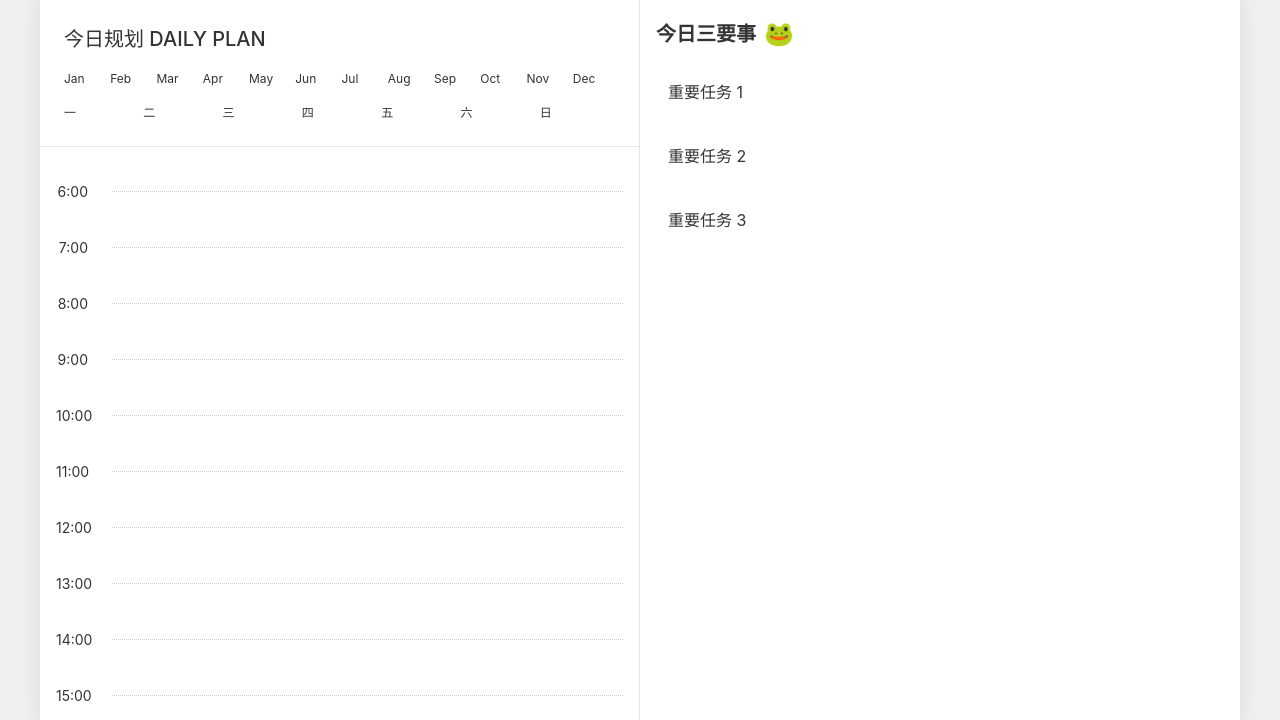
Repository: a6288a/Daily-Planner
Page: index.html
An editor plug-in stored every save of this project. The page is shown before and after the next save, followed by the edit.
The browser window is 1280 px wide. The pictures show the whole page.
An inner scrolling area shows only its first screen.

Above is the page before, as saved 2024-12-10 15:57:01.

### index.html
<!DOCTYPE html>
<html lang="zh">
<head>
    <meta charset="UTF-8">
    <meta name="viewport" content="width=device-width, initial-scale=1.0">
    <title>每日规划笔记本</title>
    <link rel="stylesheet" href="styles.css">
</head>
<body>
    <div class="container">
        <!-- 左侧时间轴区域 -->
        <div class="timeline-area">
            <!-- 顶部日期区域 -->
            <div class="date-header">
                <h1 class="page-title">今日规划 DAILY PLAN</h1>
                <div class="calendar">
                    <div class="month-grid">
                        <span>Jan</span><span>Feb</span><span>Mar</span><span>Apr</span>
                        <span>May</span><span>Jun</span><span>Jul</span><span>Aug</span>
                        <span>Sep</span><span>Oct</span><span>Nov</span><span>Dec</span>
                    </div>
                    <div class="weekday-row">
                        <span>一</span><span>二</span><span>三</span><span>四</span>
                        <span>五</span><span>六</span><span>日</span>
                    </div>
                </div>
            </div>
            <div class="timeline-container" id="timeline-container">
                <!-- 时间轴将通过 JS 动态生成 -->
            </div>
        </div>

        <!-- 右侧区域 -->
        <div class="right-area">
            <!-- 三只青蛙区域 -->
            <div class="frogs-area">
                <h2 class="frogs-title">今日三要事 <span class="frog-emoji">🐸</span></h2>
                <div class="frog-tasks">
                    <div class="frog-task" contenteditable="true" data-placeholder="重要任务 1"></div>
                    <div class="frog-task" contenteditable="true" data-placeholder="重要任务 2"></div>
                    <div class="frog-task" contenteditable="true" data-placeholder="重要任务 3"></div>
                </div>
            </div>

            <!-- 自由记录区域 -->
            <div class="free-area" id="free-area">
                <!-- 便签将通过 JS 动态生成 -->
            </div>
        </div>
    </div>
    <script src="script.js"></script>
</body>
</html>

### styles.css
:root {
    /* 纸张风格颜色变量 */
    --paper-color: #ffffff;
    --ink-color: #333333;
    --dot-color: #cccccc;
    --line-color: #e5e5e5;
    --accent-color: #4a90e2;

    /* 间距变量 */
    --spacing-unit: 8px;

    /* 字体变量 */
    --title-font: 'PingFang SC', -apple-system, BlinkMacSystemFont, 'Segoe UI', Roboto, sans-serif;
}

* {
    margin: 0;
    padding: 0;
    box-sizing: border-box;
}

body {
    font-family: var(--title-font);
    color: var(--ink-color);
    background-color: #f0f0f0;
    line-height: 1.5;
}

.container {
    display: grid;
    grid-template-columns: 1fr 1fr;
    min-height: 100vh;
    width: 100%;
    max-width: 1200px;
    margin: 0 auto;
    background: var(--paper-color);
    box-shadow: 0 0 20px rgba(0,0,0,0.1);
}

/* 日期头部样式 */
.date-header {
    padding: calc(var(--spacing-unit) * 3);
    border-bottom: 1px solid var(--line-color);
}

.page-title {
    font-size: 1.25rem;
    font-weight: 500;
    margin-bottom: calc(var(--spacing-unit) * 2);
    color: var(--ink-color);
}

.calendar {
    font-size: 0.75rem;
    color: var(--ink-color);
}

.month-grid {
    display: grid;
    grid-template-columns: repeat(12, 1fr);
    gap: 4px;
    margin-bottom: calc(var(--spacing-unit) * 2);
}

.weekday-row {
    display: grid;
    grid-template-columns: repeat(7, 1fr);
    gap: 4px;
}

/* 时间轴区域样式 */
.timeline-area {
    border-right: 1px solid var(--line-color);
    background: var(--paper-color);
    height: 100vh;
    overflow-y: auto;
}

.timeline-container {
    padding: calc(var(--spacing-unit) * 2);
}

.time-slot {
    position: relative;
    padding: calc(var(--spacing-unit) * 1.5) 0;
    margin-left: calc(var(--spacing-unit) * 6);
}

.time-label {
    position: absolute;
    left: calc(var(--spacing-unit) * -6);
    top: 50%;
    transform: translateY(-50%);
    font-size: 0.875rem;
    color: var(--ink-color);
    width: calc(var(--spacing-unit) * 4);
    text-align: right;
}

/* 点状引导线 */
.time-content {
    position: relative;
    margin-left: calc(var(--spacing-unit) * 3);
    min-height: calc(var(--spacing-unit) * 3);
    padding: 4px 0;
}

.time-content::before {
    content: '';
    position: absolute;
    left: calc(var(--spacing-unit) * -2);
    right: 0;
    top: 50%;
    border-top: 1px dotted var(--dot-color);
    z-index: 1;
}

/* 自由区域样式 */
.free-area {
    flex: 1;
    overflow: auto;
    padding: calc(var(--spacing-unit) * 2);
    position: relative;
}

.note {
    position: absolute;
    min-width: 200px;
    min-height: 120px;
    background: var(--surface-color);
    border-radius: 4px;
    padding: calc(var(--spacing-unit) * 1.5);
    cursor: move;
    box-shadow: var(--shadow-1);
    transition: all 0.2s ease;
}

.note:hover {
    box-shadow: var(--shadow-2);
}

.editable {
    width: 100%;
    height: 100%;
    border: none;
    resize: none;
    font-family: inherit;
    font-size: 0.9375rem;
    color: var(--text-primary);
    background: transparent;
    padding: 0;
}

.editable:focus {
    outline: none;
}

/* 响应式设计 */
@media (max-width: 768px) {
    .container {
        grid-template-columns: 1fr; /* 在小屏幕上堆叠显示 */
    }

    .timeline-area,
    .right-area {
        height: 50vh; /* 上下各占一半 */
    }

    .time-label {
        font-size: 0.75rem;
        left: calc(var(--spacing-unit) * -6);
    }

    .note {
        min-width: 160px;
        min-height: 100px;
    }
}

/* 滚动条美化 */
::-webkit-scrollbar {
    width: 8px;
}

::-webkit-scrollbar-track {
    background: var(--background-color);
}

::-webkit-scrollbar-thumb {
    background: var(--primary-light);
    border-radius: 4px;
}

::-webkit-scrollbar-thumb:hover {
    background: var(--primary-color);
}

/* 修改右侧区域结构 */
.right-area {
    display: flex;
    flex-direction: column;
    height: 100vh;
    background: var(--background-color);
}

/* 三只青蛙区域样式 */
.frogs-area {
    background: var(--surface-color);
    padding: calc(var(--spacing-unit) * 2);
    box-shadow: var(--shadow-1);
    border-bottom: 1px solid var(--border-color);
}

.frogs-title {
    font-size: 1.25rem;
    color: var(--text-primary);
    margin-bottom: calc(var(--spacing-unit) * 2);
    display: flex;
    align-items: center;
    gap: var(--spacing-unit);
}

.frog-emoji {
    font-size: 1.5rem;
}

.frog-tasks {
    display: grid;
    gap: calc(var(--spacing-unit) * 2);
    margin-bottom: var(--spacing-unit);
}

.frog-task {
    position: relative;
    padding: calc(var(--spacing-unit) * 1.5);
    background: var(--background-color);
    border-radius: 4px;
    border: 1px solid var(--border-color);
    min-height: calc(var(--spacing-unit) * 6);
    transition: all 0.2s ease;
}

.frog-task:empty::before {
    content: attr(data-placeholder);
    color: var(--text-secondary);
    position: absolute;
    pointer-events: none;
}

.frog-task:hover {
    border-color: var(--primary-color);
    box-shadow: var(--shadow-1);
}

.frog-task:focus {
    outline: none;
    border-color: var(--primary-color);
    box-shadow: var(--shadow-2);
}

/* 修改自由区域样式 */
.free-area {
    flex: 1;
    overflow: auto;
    padding: calc(var(--spacing-unit) * 2);
    position: relative;
}

/* 响应式设计更新 */
@media (max-width: 768px) {
    .container {
        grid-template-columns: 1fr;
    }

    .timeline-area,
    .right-area {
        height: 50vh;
    }

    .frogs-area {
        padding: var(--spacing-unit);
    }

    .frog-tasks {
        gap: var(--spacing-unit);
    }

    .frog-task {
        padding: var(--spacing-unit);
        min-height: calc(var(--spacing-unit) * 5);
    }
}

### script.js
// 初始化数据
let timelineData = JSON.parse(localStorage.getItem('timelineData')) || {};
let freeNotes = JSON.parse(localStorage.getItem('freeNotes')) || [];
let frogTasks = JSON.parse(localStorage.getItem('frogTasks')) || ['', '', '']; // 三只青蛙任务数据

// 初始化页面
document.addEventListener('DOMContentLoaded', () => {
    initializeTimeline();
    initializeFreeArea();
    initializeFrogTasks();
    loadSavedData();
});

// 初始化时间轴
function initializeTimeline() {
    const container = document.getElementById('timeline-container');

    // 生成6:00-24:00的时间槽
    for (let hour = 6; hour <= 24; hour++) {
        const timeSlot = document.createElement('div');
        timeSlot.className = 'time-slot';

        const timeLabel = document.createElement('div');
        timeLabel.className = 'time-label';
        timeLabel.textContent = `${hour}:00`;

        const timeContent = document.createElement('div');
        timeContent.className = 'time-content';
        timeContent.contentEditable = true;
        timeContent.dataset.hour = hour;

        // 加载保存的数据
        if (timelineData[hour]) {
            timeContent.textContent = timelineData[hour];
        }

        // 保存输入的内容
        timeContent.addEventListener('blur', (e) => {
            const hour = e.target.dataset.hour;
            timelineData[hour] = e.target.textContent;
            saveToLocalStorage();
        });

        // 添加拖拽功能
        timeContent.draggable = true;
        timeContent.addEventListener('dragstart', handleDragStart);
        timeContent.addEventListener('dragover', handleDragOver);
        timeContent.addEventListener('drop', handleDrop);

        timeSlot.appendChild(timeLabel);
        timeSlot.appendChild(timeContent);
        container.appendChild(timeSlot);
    }
}

// 初始化自由区域
function initializeFreeArea() {
    const freeArea = document.getElementById('free-area');

    // 点击空白处添加新便签
    freeArea.addEventListener('dblclick', (e) => {
        if (e.target === freeArea) {
            createNote(e.clientX, e.clientY);
        }
    });
}

// 创建新便签
function createNote(x, y) {
    const note = document.createElement('div');
    note.className = 'note';

    const textarea = document.createElement('textarea');
    textarea.className = 'editable';

    note.style.left = `${x}px`;
    note.style.top = `${y}px`;

    note.appendChild(textarea);
    document.getElementById('free-area').appendChild(note);

    // 使便签可拖动
    makeDraggable(note);

    // 保存便签内容
    textarea.addEventListener('blur', () => {
        const noteData = {
            id: Date.now(),
            content: textarea.value,
            position: {
                x: note.offsetLeft,
                y: note.offsetTop
            }
        };
        freeNotes.push(noteData);
        saveToLocalStorage();
    });
}

// 使元素可拖动
function makeDraggable(element) {
    let pos1 = 0, pos2 = 0, pos3 = 0, pos4 = 0;

    element.onmousedown = dragMouseDown;

    function dragMouseDown(e) {
        e.preventDefault();
        pos3 = e.clientX;
        pos4 = e.clientY;
        document.onmouseup = closeDragElement;
        document.onmousemove = elementDrag;
    }

    function elementDrag(e) {
        e.preventDefault();
        pos1 = pos3 - e.clientX;
        pos2 = pos4 - e.clientY;
        pos3 = e.clientX;
        pos4 = e.clientY;

        element.style.top = (element.offsetTop - pos2) + "px";
        element.style.left = (element.offsetLeft - pos1) + "px";
    }

    function closeDragElement() {
        document.onmouseup = null;
        document.onmousemove = null;
    }
}

// 处理时间轴拖拽
function handleDragStart(e) {
    e.dataTransfer.setData('text/plain', e.target.dataset.hour);
}

function handleDragOver(e) {
    e.preventDefault();
}

function handleDrop(e) {
    e.preventDefault();
    const sourceHour = e.dataTransfer.getData('text/plain');
    const targetHour = e.target.dataset.hour;

    // 交换内容
    const temp = timelineData[sourceHour];
    timelineData[sourceHour] = timelineData[targetHour];
    timelineData[targetHour] = temp;

    // 更新显示
    loadSavedData();
}

// 初始化三只青蛙任务
function initializeFrogTasks() {
    const frogTaskElements = document.querySelectorAll('.frog-task');

    frogTaskElements.forEach((task, index) => {
        // 加载保存的数据
        task.textContent = frogTasks[index] || '';

        // 保存任务内容
        task.addEventListener('blur', (e) => {
            frogTasks[index] = e.target.textContent;
            saveToLocalStorage();
        });

        // 添加键盘事件
        task.addEventListener('keydown', (e) => {
            if (e.key === 'Enter') {
                e.preventDefault();
                task.blur();
            }
        });

        // 添加动画效果
        task.addEventListener('focus', () => {
            task.style.transform = 'scale(1.02)';
        });

        task.addEventListener('blur', () => {
            task.style.transform = 'scale(1)';
        });
    });
}

// 加载保存的数据
function loadSavedData() {
    // 加载时间轴数据
    for (const hour in timelineData) {
        const timeContent = document.querySelector(`[data-hour="${hour}"]`);
        if (timeContent) {
            timeContent.textContent = timelineData[hour];
        }
    }

    // 加载自由区便签
    freeNotes.forEach(note => {
        const noteElement = document.createElement('div');
        noteElement.className = 'note';
        noteElement.style.left = `${note.position.x}px`;
        noteElement.style.top = `${note.position.y}px`;

        const textarea = document.createElement('textarea');
        textarea.className = 'editable';
        textarea.value = note.content;

        noteElement.appendChild(textarea);
        document.getElementById('free-area').appendChild(noteElement);
        makeDraggable(noteElement);
    });

    // 加载青蛙任务
    const frogTaskElements = document.querySelectorAll('.frog-task');
    frogTaskElements.forEach((task, index) => {
        task.textContent = frogTasks[index] || '';
    });
}

// 保存到本地存储
function saveToLocalStorage() {
    localStorage.setItem('timelineData', JSON.stringify(timelineData));
    localStorage.setItem('freeNotes', JSON.stringify(freeNotes));
    localStorage.setItem('frogTasks', JSON.stringify(frogTasks));
}

After the next save:
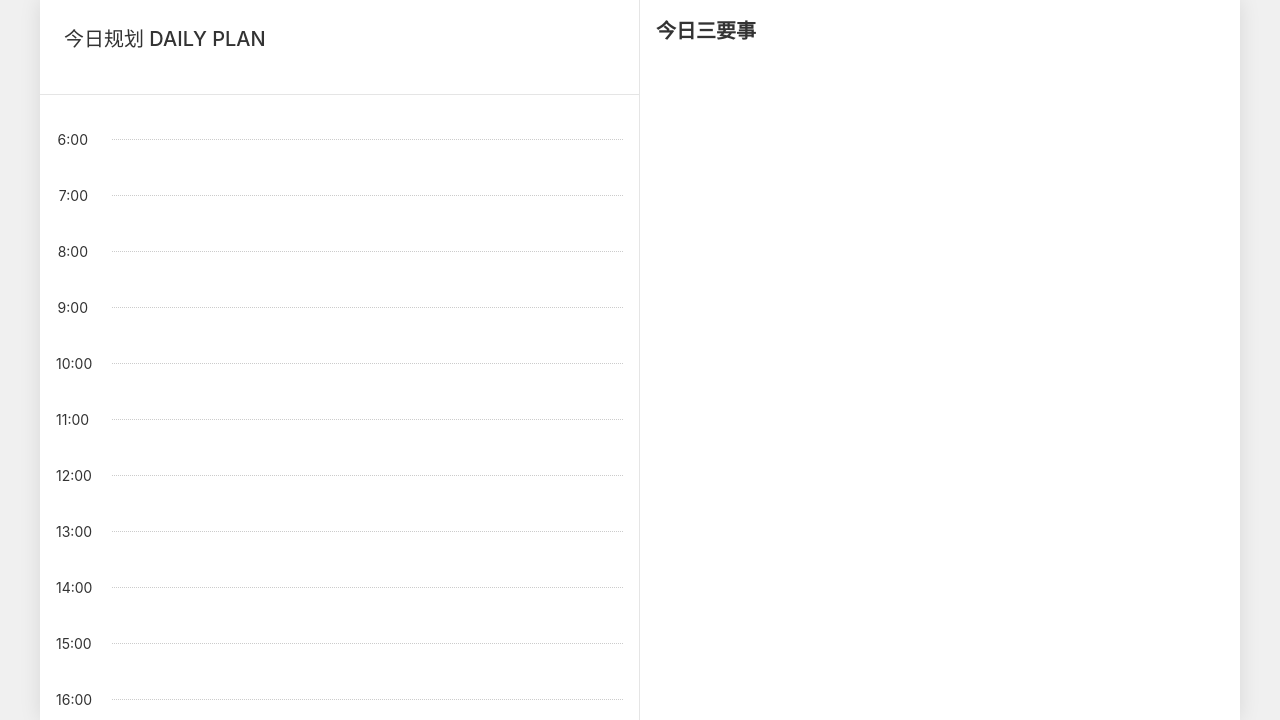
Saved 6 min 39 s later.
--- a/index.html
+++ b/index.html
@@ -12,18 +12,10 @@
         <div class="timeline-area">
             <!-- 顶部日期区域 -->
             <div class="date-header">
+                <div class="current-date" id="current-date">
+                    <!-- 日期将通过 JS 动态生成 -->
+                </div>
                 <h1 class="page-title">今日规划 DAILY PLAN</h1>
-                <div class="calendar">
-                    <div class="month-grid">
-                        <span>Jan</span><span>Feb</span><span>Mar</span><span>Apr</span>
-                        <span>May</span><span>Jun</span><span>Jul</span><span>Aug</span>
-                        <span>Sep</span><span>Oct</span><span>Nov</span><span>Dec</span>
-                    </div>
-                    <div class="weekday-row">
-                        <span>一</span><span>二</span><span>三</span><span>四</span>
-                        <span>五</span><span>六</span><span>日</span>
-                    </div>
-                </div>
             </div>
             <div class="timeline-container" id="timeline-container">
                 <!-- 时间轴将通过 JS 动态生成 -->
@@ -34,11 +26,20 @@
         <div class="right-area">
             <!-- 三只青蛙区域 -->
             <div class="frogs-area">
-                <h2 class="frogs-title">今日三要事 <span class="frog-emoji">🐸</span></h2>
+                <h2 class="frogs-title">今日三要事</h2>
                 <div class="frog-tasks">
-                    <div class="frog-task" contenteditable="true" data-placeholder="重要任务 1"></div>
-                    <div class="frog-task" contenteditable="true" data-placeholder="重要任务 2"></div>
-                    <div class="frog-task" contenteditable="true" data-placeholder="重要任务 3"></div>
+                    <div class="frog-task" data-index="0">
+                        <span class="frog-emoji">🐸</span>
+                        <div class="task-content" data-placeholder="拖拽内容到这里"></div>
+                    </div>
+                    <div class="frog-task" data-index="1">
+                        <span class="frog-emoji">🐸</span>
+                        <div class="task-content" data-placeholder="拖拽内容到这里"></div>
+                    </div>
+                    <div class="frog-task" data-index="2">
+                        <span class="frog-emoji">🐸</span>
+                        <div class="task-content" data-placeholder="拖拽内容到这里"></div>
+                    </div>
                 </div>
             </div>
 
